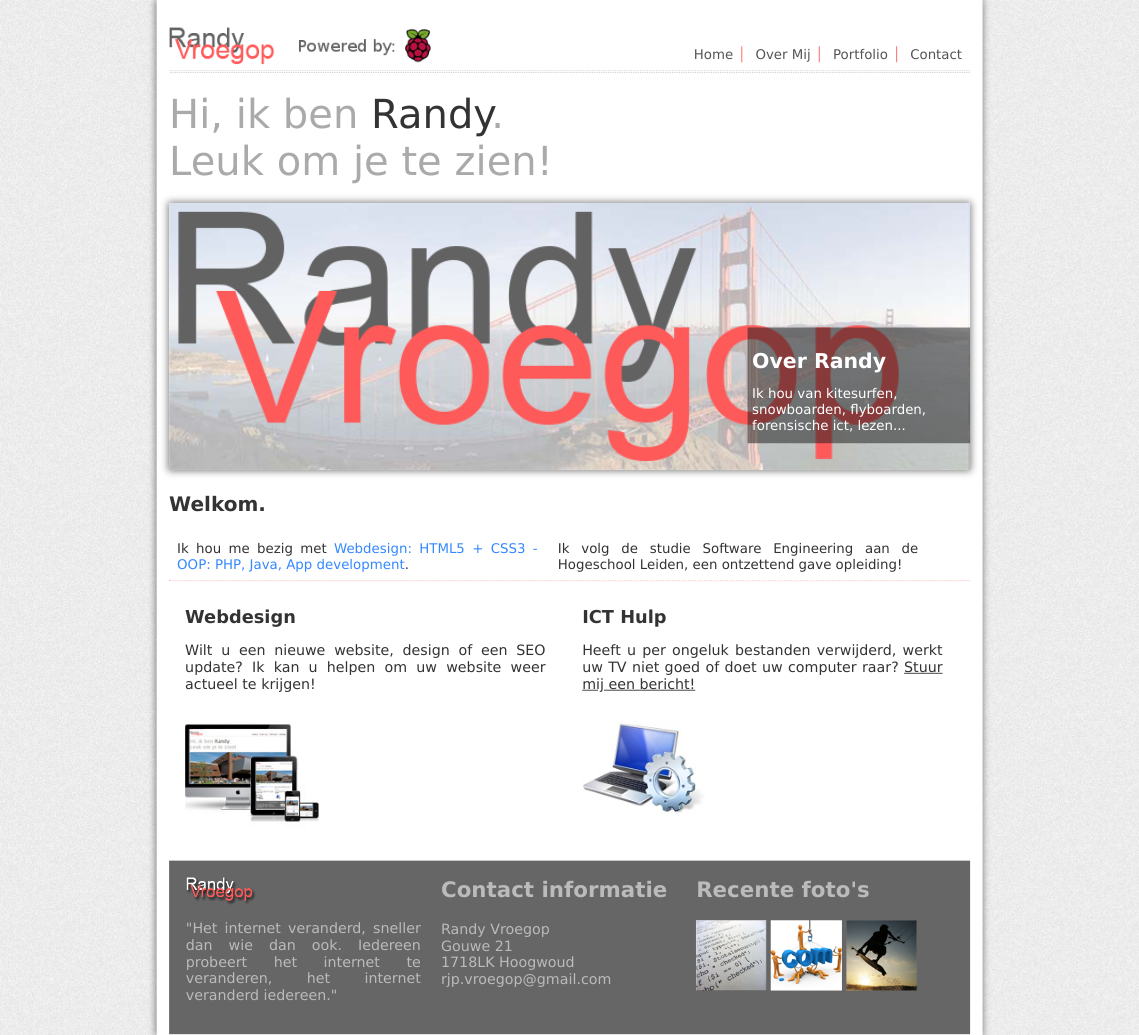
Repository: rjpvroegop/randyvroegop.nl
Page: index.html
The author's editor kept a record of every edit. The page is drawn from the files as they stood at one moment, then again after the next edit.
The browser window is 1280 px wide. The pictures show the whole page, at 89% of full size.
Some web libraries are served in a nearby version.

Above is the page before.

After the next edit:
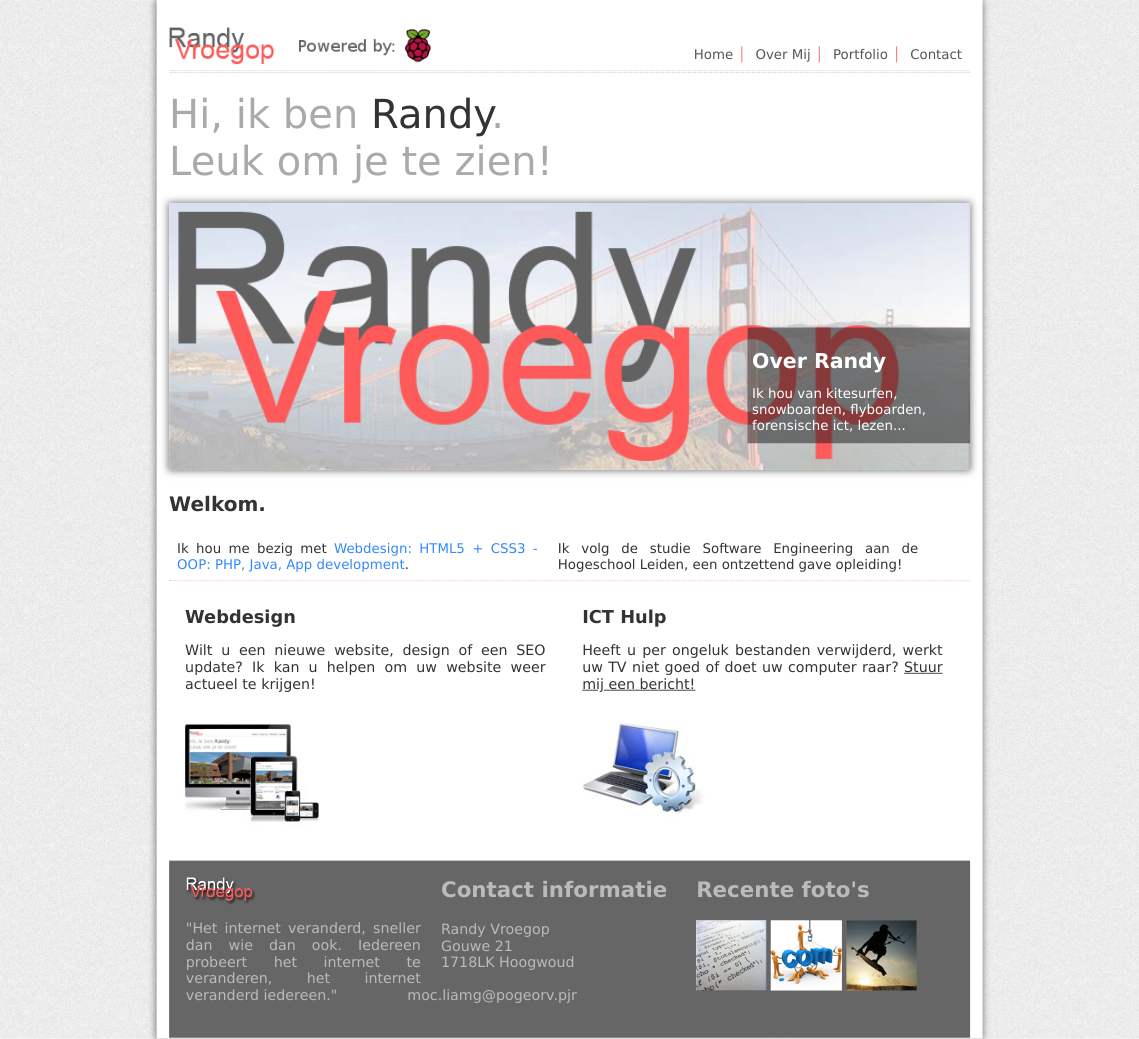
The edit:
--- a/index.html
+++ b/index.html
@@ -126,7 +126,7 @@
 					<p>Randy Vroegop<br>
 						Gouwe 21<br>
 						1718LK Hoogwoud<br>
-						rjp.vroegop@gmail.com</p>
+						<div id="email">moc.liamg@pogeorv.pjr</div></p>
 				</div>
 				<div>
 					<h2>Recente foto's</h2>
